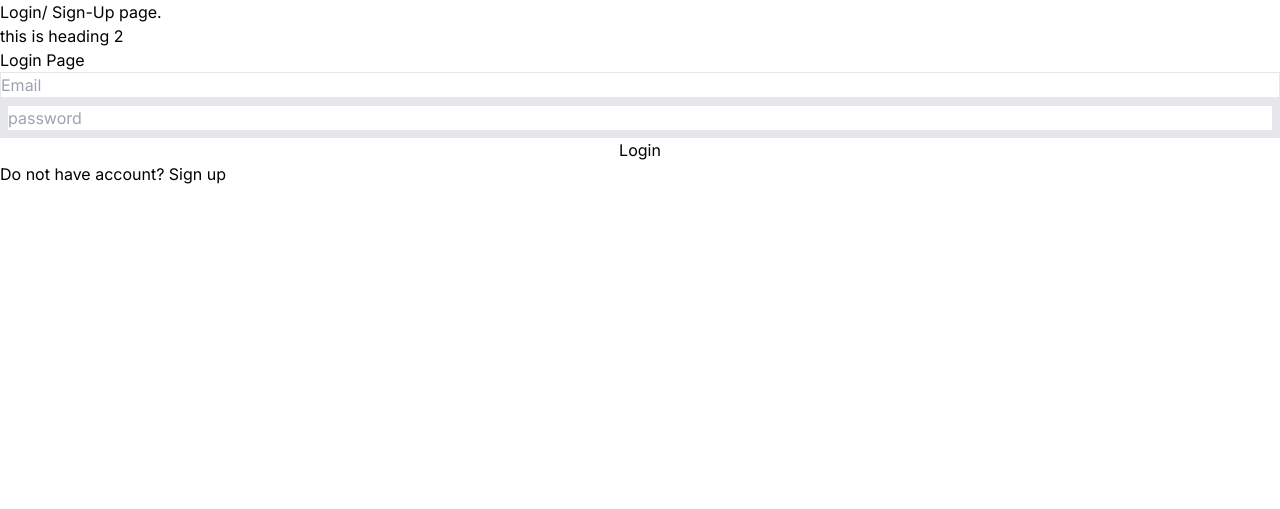
Repository: its-kundan/food-on-time
Page: /restaurant
These files come from the project's save history. The page is drawn as it stood at one moment and after the next save; the edit follows.
The browser window is 1280 px wide. The pictures show the whole page.
The project was rebuilt for these pictures with package versions that can differ from the ones it lists, and the page was loaded fresh each time. The framework's server and built-in components were replaced by stand-ins that run in the browser. Also part of the build but not shown: next.config.mjs, src/app/_components/SignUp.jsx.

Above is the page before, as saved 2024-07-24 19:53:56.

After the next save:
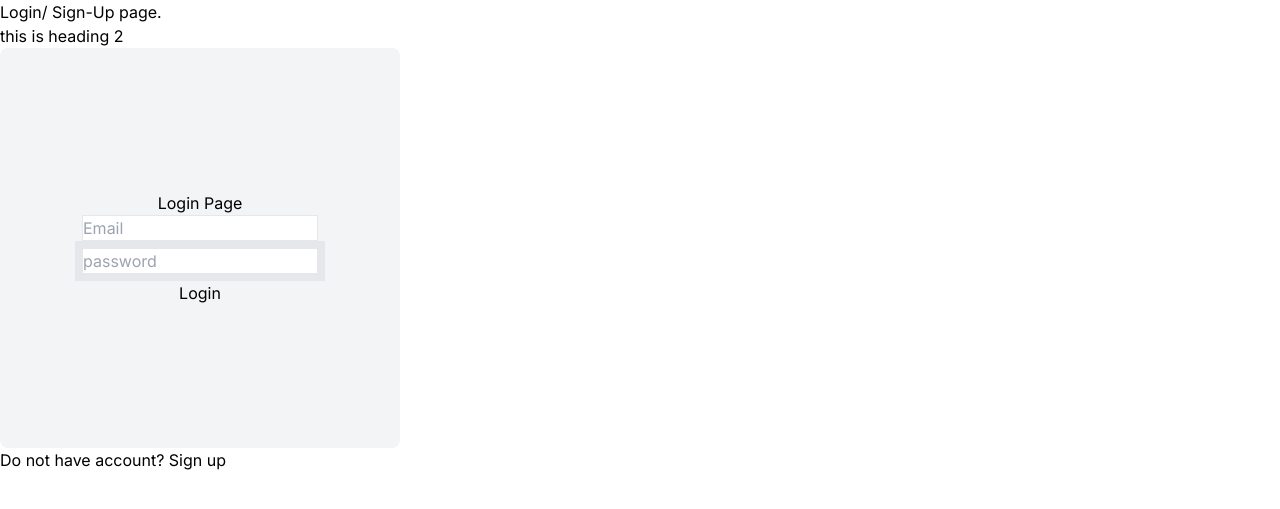
Saved 7 s later.
--- a/src/app/_components/Login.jsx
+++ b/src/app/_components/Login.jsx
@@ -3,7 +3,7 @@ import React from 'react'
 function Login() {
   return (
     <>
-        <div className='flex flex-col border-3 shadow-4 h-[40'>
+        <div className='flex flex-col border-3 shadow-4 h-[400px] w-[400px] items-center justify-center bg-gray-100 dark:bg-gray-800 rounded-lg'>
         <h3> Login  Page</h3>
         <input className='border ' type="email" placeholder="Email" />
 
